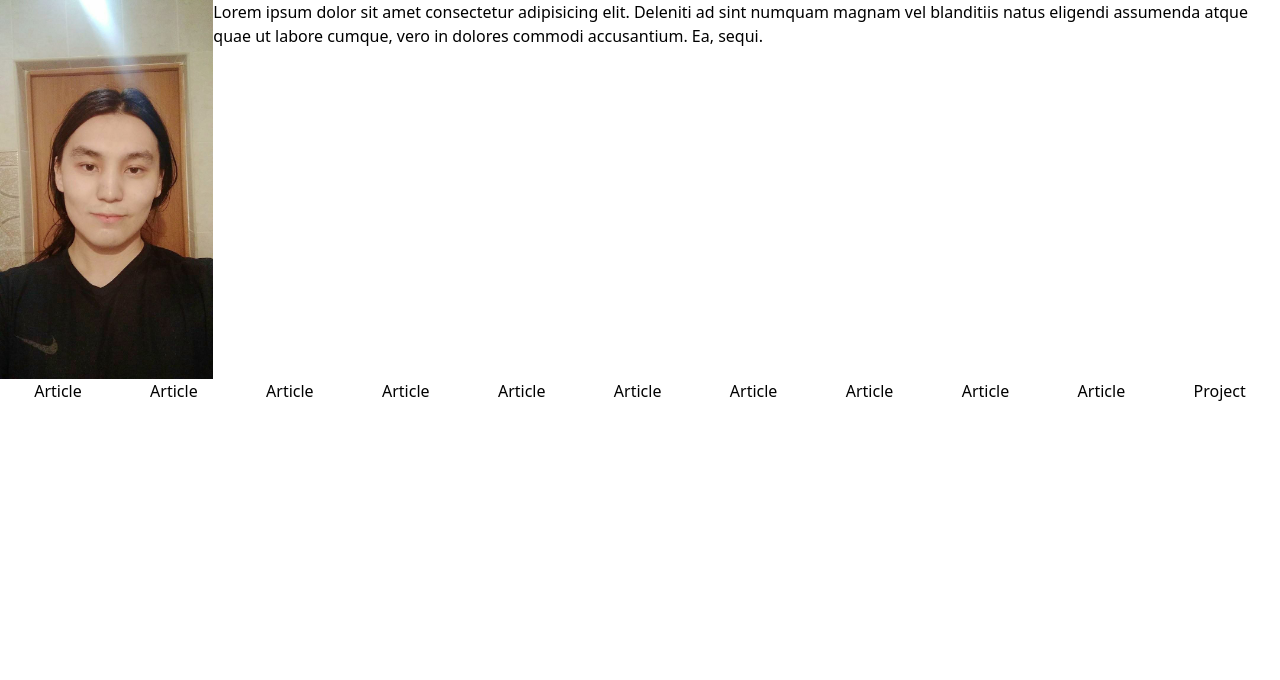
Repository: SkuldFuture/my-app
Page: /
These files come from the project's save history. The page is drawn as it stood at one moment and after the next save; the edit follows.
The browser window is 1280 px wide. The pictures show the whole page.
The project was rebuilt for these pictures with package versions that can differ from the ones it lists, and the page was loaded fresh each time. Also part of the build but not shown: src/App.css.

Above is the page before, as saved 2023-02-13 18:49:02.

### src/pages/Home.tsx
import { Articles } from "../components/Articles";
import { Header } from "../components/Header";
import { Projects } from "../components/Projects";

export function Home() {
  return (
    <>
      <Header />
      <div className="flex flex-row justify-around">
        <Articles />
        <Projects />
      </div>
    </>
  );
}

### src/components/Articles.tsx
import { Article } from "./Article";

export function Articles() {
  return (
    <>
      <Article />
      <Article />
      <Article />
      <Article />
      <Article />
      <Article />
      <Article />
      <Article />
      <Article />
      <Article />
    </>
  );
}

### src/components/Header.tsx
import React from "react";
import { Biography } from "./Biography";
import { RezumePhoto } from "./RezumePhoto";

export function Header() {
  return (
    <div className="flex flex-row justify-between">
      <RezumePhoto />
      <Biography />
    </div>
  );
}

### src/components/Projects.tsx
import React from 'react'
import { Project } from './Project'

export function Projects() {
  return (
    <Project />
  )
}

### src/components/Article.tsx
import React from 'react'

export function Article() {
  return (
    <div>Article</div>
  )
}

### src/components/Biography.tsx
import React from 'react'

export function Biography() {
  return (
    <div>Lorem ipsum dolor sit amet consectetur adipisicing elit. Deleniti ad sint numquam magnam vel blanditiis natus eligendi assumenda atque quae ut labore cumque, vero in dolores commodi accusantium. Ea, sequi.</div>
  )
}

### src/components/RezumePhoto.tsx
import React from 'react'

export function RezumePhoto() {
  return (
    <img className='w-1/6' src={require("../assets/photo.jpg")} alt="Me" />
  )
}

### src/components/Project.tsx
import React from 'react'

export function Project() {
  return (
    <div>Project</div>
  )
}

Loaded but not shown: public/index.html (common file); src/index.tsx (common file); src/index.css (common file); src/App.tsx (common file); tailwind.config.js (common file)

After the next save:
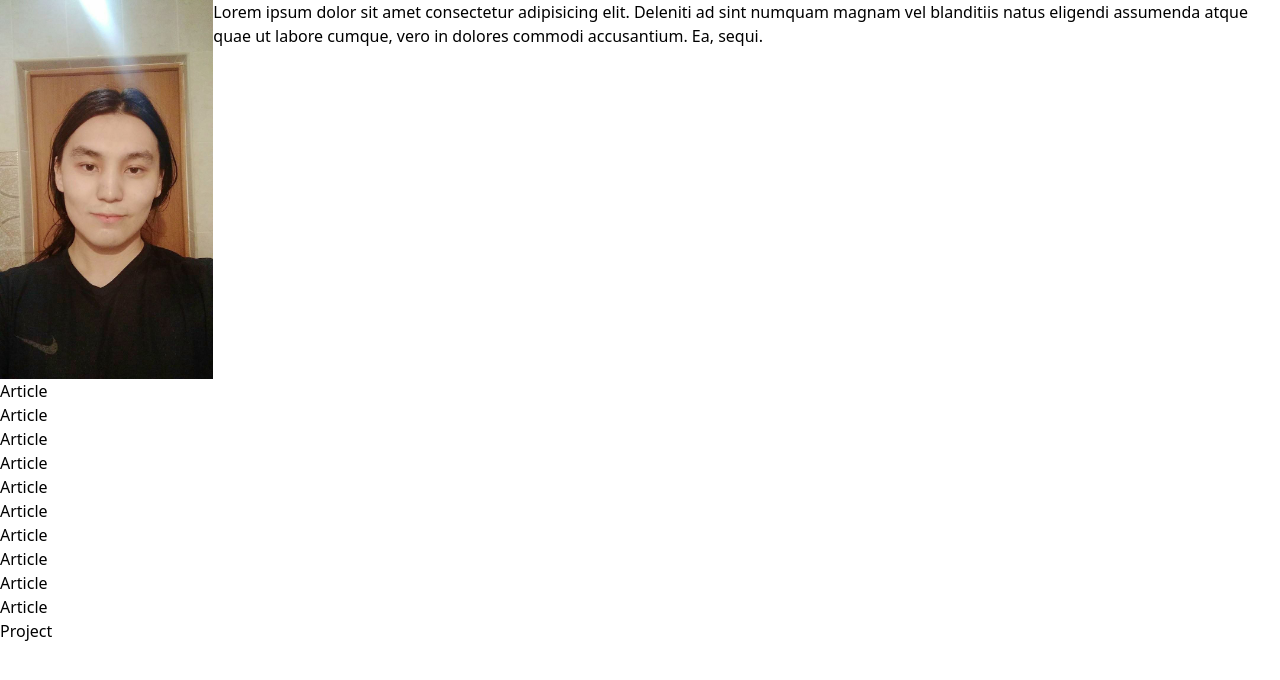
Saved 20 s later.
--- a/src/pages/Home.tsx
+++ b/src/pages/Home.tsx
@@ -6,7 +6,7 @@ export function Home() {
   return (
     <>
       <Header />
-      <div className="flex flex-row justify-around">
+      <div className="flex flex-col justify-around">
         <Articles />
         <Projects />
       </div>
